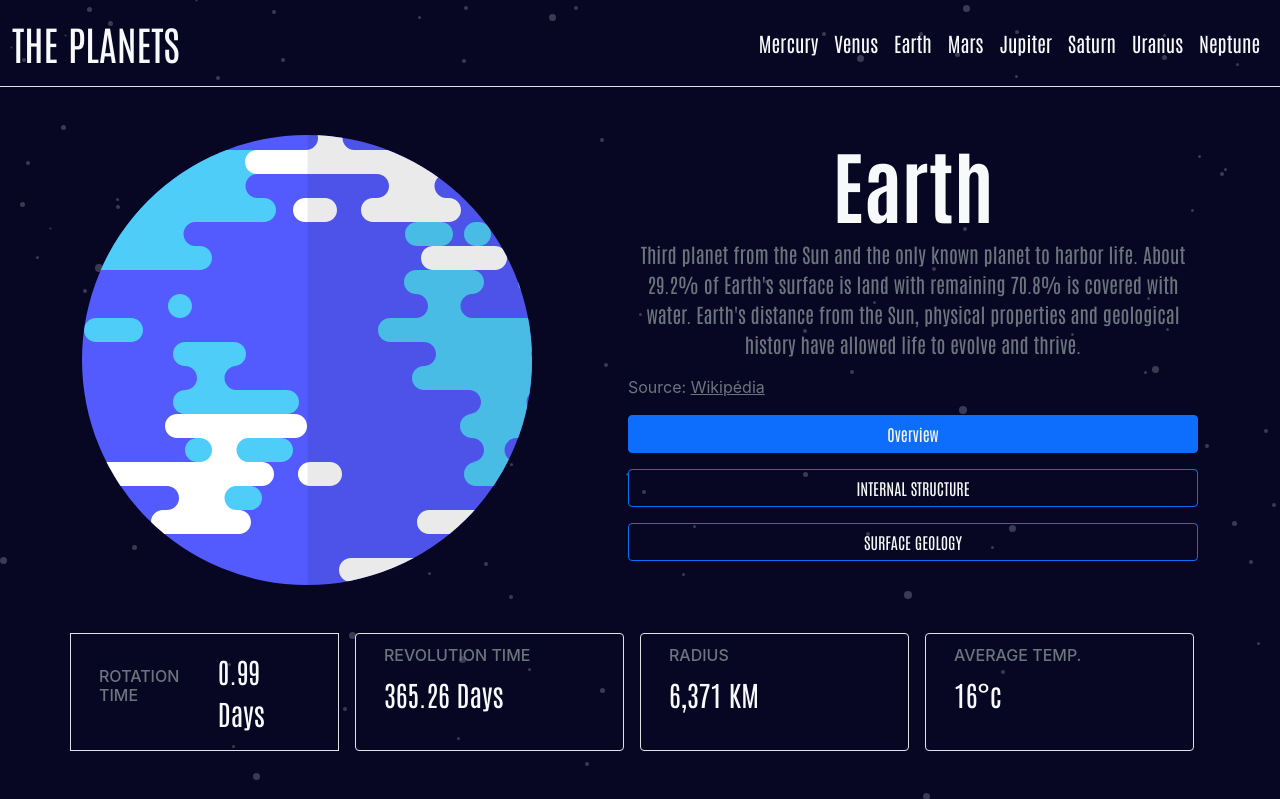
Repository: andre06x/the-planets
Page: /
The author's editor kept a copy of each file at every save. The page is drawn from the files as they stood at one save, then again after the next save.
The browser window is 1280 px wide. The pictures show the whole page.
The project was rebuilt for these pictures with package versions that can differ from the ones it lists, and the page was loaded fresh each time.

Above is the page before, as saved 2021-10-19 16:40:49.

After the next save:
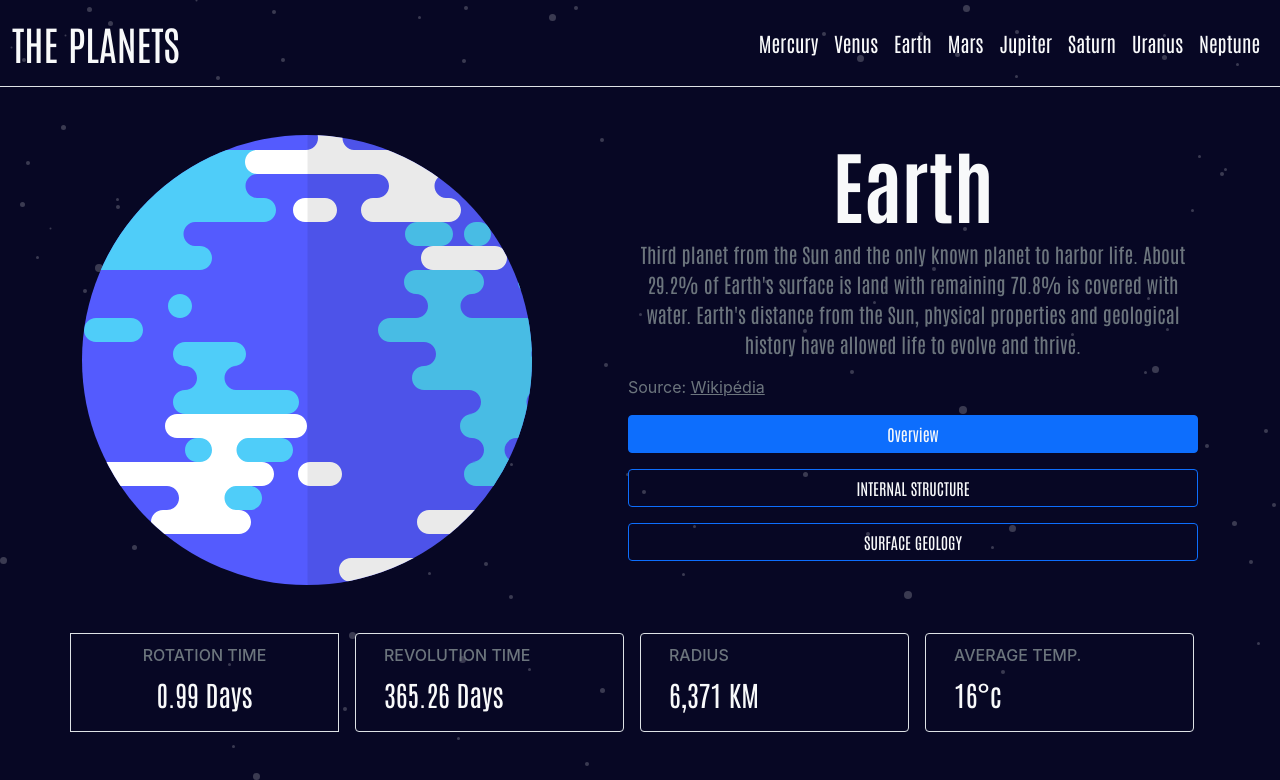
Saved 45 s later.
--- a/src/components/Container.js
+++ b/src/components/Container.js
@@ -81,7 +81,7 @@ const Container = () => {
       </div>
       <div className="row mt-5 mb-5 flex-md-row flex-column">
         <div class="col me-3 bg-transparent border">
-          <div class="card-body d-flex justify-content-between align-items-center">
+          <div class="card-body d-flex flex-md-column justify-content-between align-items-center">
             <h6 class="card-subtitle mb-md-2 text-muted">
               ROTATION TIME
             </h6>
